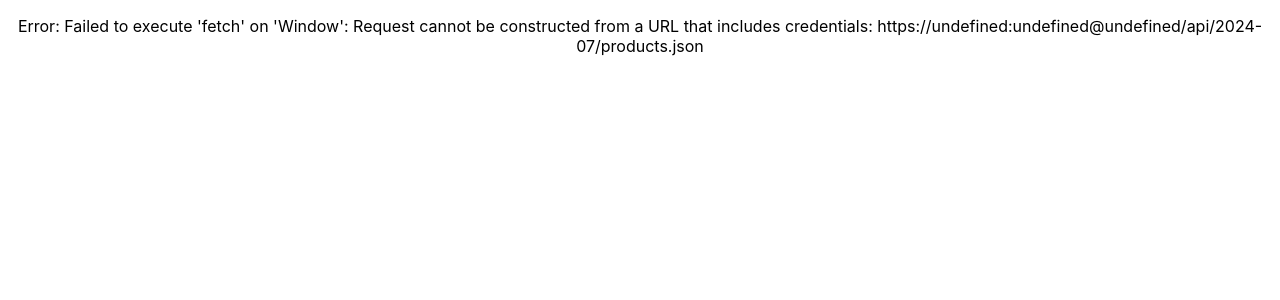
Repository: mitesh-avid-brio/Shopify-React-App
Page: /
An editor plug-in stored every save of this project. The page is shown before and after the next save, followed by the edit.
The browser window is 1280 px wide. The pictures show the whole page.
The page's requests for data from a server got no answer. The project was rebuilt for these pictures with package versions that can differ from the ones it lists, and the page was loaded fresh each time. No one was signed in, and anything a server would have sent is missing.

Above is the page before, as saved 2024-08-12 11:00:33.

After the next save:
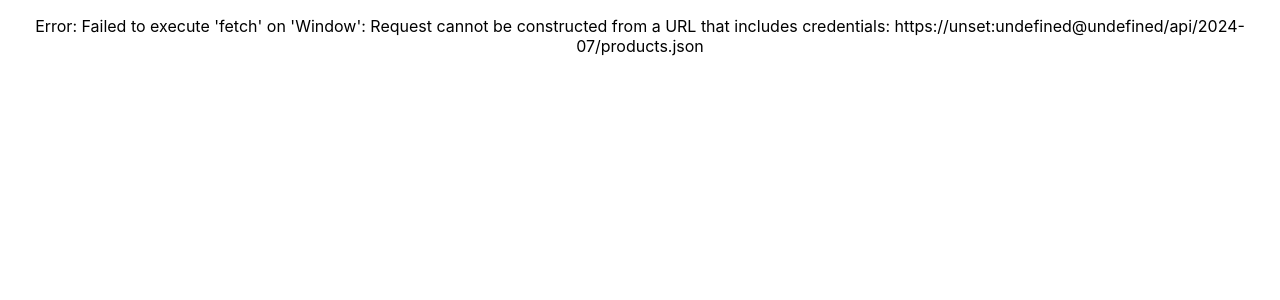
Saved 73 s later.
--- a/src/Components/Inventory.js
+++ b/src/Components/Inventory.js
@@ -8,7 +8,7 @@
 
     useEffect(() => {
         console.log("dad",`https://${process.env.API_KEY}:${process.env.Access_Token}@${process.env.URL}/api/2024-07/products.json`)
-        fetch(`https://${process.env.API_KEY}:${process.env.Access_Token}@${process.env.URL}/api/2024-07/products.json`,{
+        fetch(`https://${process.env.NEXT_PUBLIC_API_KEY}:${process.env.Access_Token}@${process.env.URL}/api/2024-07/products.json`,{
             method: "GET",
             headers:{
                 "X-Shopify-Access-Token": "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",
